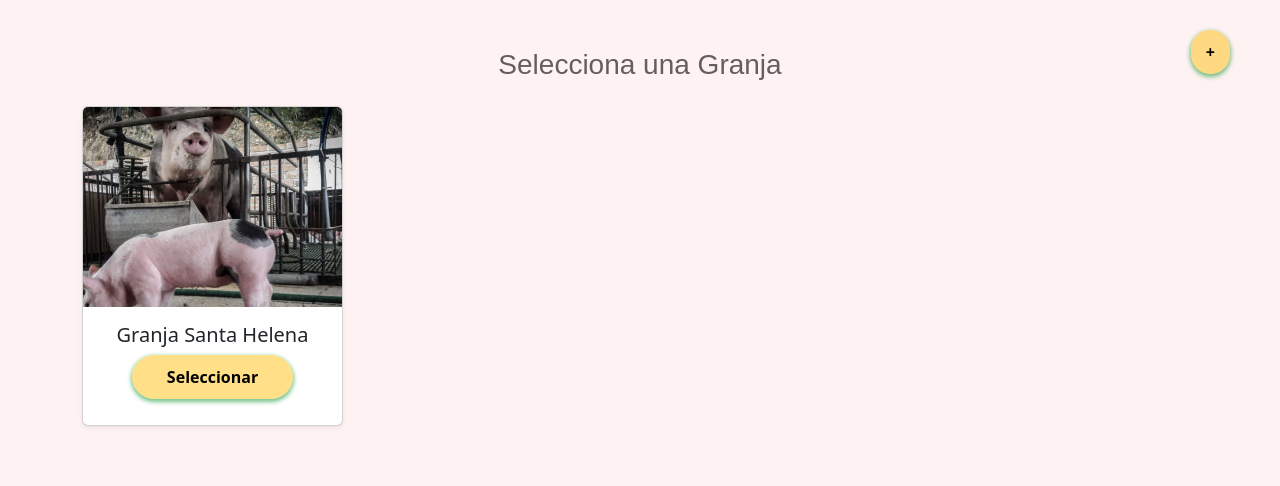
Repository: Mateojimenezz/Granja-Santa-Helena
Page: seleccionarGranja.html
An editor plug-in stored every save of this project. The page is shown before and after a run of saves, followed by the edit.
The browser window is 1280 px wide. The pictures show the whole page.
Some web fonts or font styles are not loaded; a fallback is used.

Above is the page before, as saved 2025-05-13 13:06:33.

### seleccionarGranja.html
<!DOCTYPE html>
<html lang="es">
<head>
    <meta charset="UTF-8">
    <meta name="viewport" content="width=device-width, initial-scale=1.0">
    <title>La Granja</title>
    <link href="https://cdn.jsdelivr.net/npm/bootstrap@5.3.3/dist/css/bootstrap.min.css" rel="stylesheet" integrity="sha384-QWTKZyjpPEjISv5WaRU9OFeRpok6YctnYmDr5pNlyT2bRjXh0JMhjY6hW+ALEwIH" crossorigin="anonymous">

    <link rel="stylesheet" href="./assets/css/seleccionarGranja.css">
    <link rel="stylesheet" href="https://cdn.jsdelivr.net/npm/bootstrap-icons@1.11.3/font/bootstrap-icons.min.css">
    <link href="https://fonts.googleapis.com/css2?family=Calistoga&display=swap" rel="stylesheet">

  </head>
<body>
    <div class="container mt-5">
        <h3 class="text-center mb-4">Selecciona una Granja</h3>

        <div class="row g-4" id="granjas-list">
            <!-- Primera granja fija -->
            <div class="col-md-3 " id="granjas-container">
                <div class="card shadow-sm">
                    <img src="./assets/img/granja2.jpg" class="card-img-top" alt="Santa Helena">
                    <div class="card-body text-center">
                        <h5 class="card-title">Granja Santa Helena</h5>
                        <button class="btn btn-form" onclick="seleccionarGranja('Santa Helena')">Seleccionar</button>
                    </div>
                </div>
            </div>

            <!-- Aquí se agregarán las granjas dinámicamente -->
        </div>

        <!-- Botón para ir a la página de agregar nueva granja -->
        <div class="text-center mt-4">
            <a href="agregarGranja.html" id="agregar-granja" class="btn btn-form"> +  </a>
        </div>
    </div>






  <!-- bootstrap JS -->
  <script src="https://cdn.jsdelivr.net/npm/bootstrap@5.3.3/dist/js/bootstrap.bundle.min.js" integrity="sha384-YvpcrYf0tY3lHB60NNkmXc5s9fDVZLESaAA55NDzOxhy9GkcIdslK1eN7N6jIeHz" crossorigin="anonymous"></script>
  <script src="./assets/js/seleccionarGranja.js"></script>




</body>

</html>

### assets/css/seleccionarGranja.css

@import "./variables.css";
body{
    background-color: var( --color-FondoDiv2);
}
.container h3 {
    text-align: center;
    margin-bottom: 20px;
    color: var(--color-TextoMenuLateral);
    font-family: var(--font-principal);
}
.granja-card {
    width: 150px;
    margin: 10px;
    padding: 10px;
    border: 1px solid #ccc;
    border-radius: 8px;
    text-align: center;
    box-shadow: 0px 2px 4px 1px  rgba(25, 157, 60, 0.6) /* Sombra verde */
}



.granja-card button {
    margin-top: 10px;
    color: white;
    border: none;
    padding: 5px 10px;
    cursor: pointer;
    border-radius: 5px;
}
.card-img-top {
    width: 100%;
    height: 200px; /* Ajusta según el diseño */
    object-fit: cover; /* Recorta la imagen para que se ajuste sin deformarse */

}
.btn-form{
    background-color: var(  --color-Botones);
    padding: 10px 35px;
    margin-bottom: 10px;
    border: none;
    border-radius: 30px;
    color: black;
    font-weight: bold;
    box-shadow: 0 2px 4px 1px  rgba(25, 157, 60, 0.6) /* Sombra verde */

  }
  .btn-form:hover {
    background-color: #f4cf50; /* Tonalidad más oscura */
    color: black;
  }
  .btn-form:active {
    background-color:var(--color-principal)!important;
    color: white !important;
    box-shadow: none !important;
  }

#granjas-container {
    position: relative; /* Habilita posicionamiento dentro del contenedor */
    display: flex;

}

#agregar-granja {
    position: absolute;
    top: 30px; /* Ajusta la distancia desde arriba */
    right: 50px; /* Ajusta la distancia desde la derecha */
    z-index: 100; /* Asegura que el botón esté por encima de otros elementos */
    padding: 10px 15px;
    font-size: 1em;
}
/* Ajuste para pantallas pequeñas */
@media (max-width: 768px) {
    #agregar-granja {
        width: 50px; /* Tamaño más compacto */
        height: 50px;
        font-size: 20px;
        position: fixed; /* Fijarlo para que siempre esté visible */
        bottom: 15px; /* Lo coloca en la parte inferior */
        right: 15px; /* Lo mantiene accesible */
        z-index: 1000; /* Asegura que esté por encima de otros elementos */
    }
}

### assets/js/seleccionarGranja.js
// ✅ Mostrar vista previa de imagen antes de guardarla
document.getElementById("imagen")?.addEventListener("change", function(event) {
    const file = event.target.files[0];
    const reader = new FileReader();

    reader.onload = function() {
        document.getElementById("preview").src = reader.result;
        document.getElementById("preview").style.display = "block";
    };

    if (file) {
        reader.readAsDataURL(file);
    }
});

// ✅ Guardar nueva granja y redirigir a `seleccionarGranja.html`
document.getElementById("form-granja")?.addEventListener("submit", function(event) {
    event.preventDefault();

    const nombreGranja = document.getElementById("nombre").value;
    const urlImagen = document.getElementById("preview").src;

    if (nombreGranja && urlImagen) {
        let granjas = JSON.parse(localStorage.getItem("granjas")) || [];
        granjas.push({ nombre: nombreGranja, imagen: urlImagen });
        localStorage.setItem("granjas", JSON.stringify(granjas));

        alert("Granja agregada correctamente!");

        window.location.href = "seleccionarGranja.html"; // Redirigir
    }
});

// ✅ Cargar las granjas guardadas en `seleccionarGranja.html`
document.addEventListener("DOMContentLoaded", function() {
    const listaGranjas = document.getElementById("granjas-list");
    let granjas = JSON.parse(localStorage.getItem("granjas")) || [];

    if (granjas.length === 0) {
        console.warn("No hay granjas en el localStorage.");
    }

    granjas.forEach(granja => {
        const nuevaGranja = document.createElement("div");
        nuevaGranja.classList.add("col-md-3");

        nuevaGranja.innerHTML = `
            <div class="card shadow-sm">
                <img src="${granja.imagen}" class="card-img-top" alt="Imagen de ${granja.nombre}">
                <div class="card-body text-center">
                    <h5 class="card-title">${granja.nombre}</h5>
                    <button class="btn btn-form" onclick="seleccionarGranja('${granja.nombre}')">Seleccionar</button>
                </div>
            </div>
        `;

        listaGranjas.appendChild(nuevaGranja);
    });
});

function seleccionarGranja(nombre) {
    alert(`Has seleccionado la granja: ${nombre}`);
    localStorage.setItem("granjaSeleccionada", nombre);
    window.location.href = "dashboard.html"; // Redirigir a la vista de la granja
}

// ✅ Guardar la granja seleccionada y redirigir a `inicio.html`
function seleccionarGranja(nombre) {
    localStorage.setItem("granjaSeleccionada", nombre);
    window.location.href = "paginaDeInicio.html"; // Redirigir a la página principal
}

### assets/css/variables.css
/* variables.css */
:root {
    --color-principal: #1CAD48 ;
    --color-Botones: rgba(255, 187, 0, 0.47);
    --color-texto: white;
    --color-fondo: #f5f5f5;
    --font-principal: 'calistoga','arial';
    --color-fondoDiv: #F8E91C;
    --color-FondoDiv2:#FFF2F2;
    --color-Footter: #D9D9D9;
    --letra-gris: #B0B0B7;
    --color-menu-lateral:#BDEAAD;
    --color-TextoMenuLateral:#645f5f; /* Color de texto del menú lateral */
    --fondo-formularios:#FFFFFF; /* Color de fondo de los formularios */
  }

After the next 4 saves:
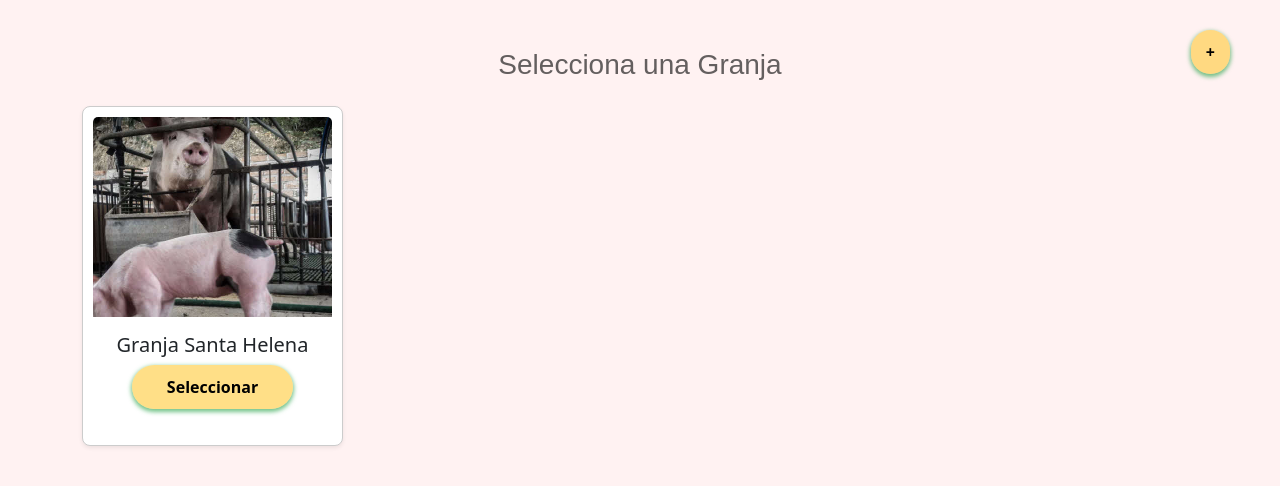
The 4 saves are shown as one change because they came seconds apart.
The last was saved 12 s later.
--- a/assets/css/seleccionarGranja.css
+++ b/assets/css/seleccionarGranja.css
@@ -9,9 +9,7 @@ body{
     color: var(--color-TextoMenuLateral);
     font-family: var(--font-principal);
 }
-.granja-card {
-    width: 150px;
-    margin: 10px;
+.card {
     padding: 10px;
     border: 1px solid #ccc;
     border-radius: 8px;

After the save that followed:
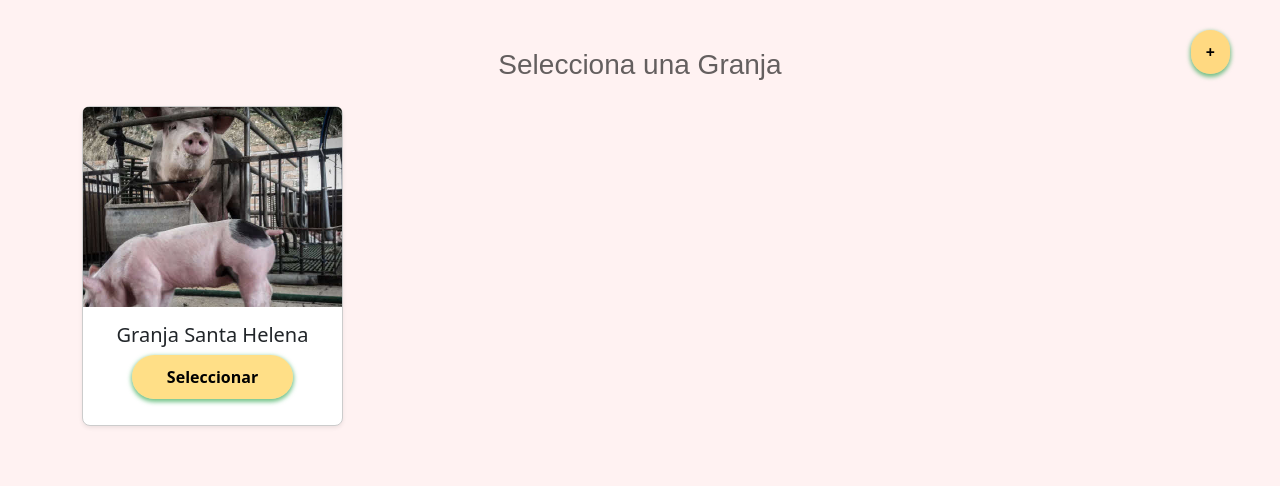
Saved 17 s later.
--- a/assets/css/seleccionarGranja.css
+++ b/assets/css/seleccionarGranja.css
@@ -10,7 +10,6 @@ body{
     font-family: var(--font-principal);
 }
 .card {
-    padding: 10px;
     border: 1px solid #ccc;
     border-radius: 8px;
     text-align: center;
